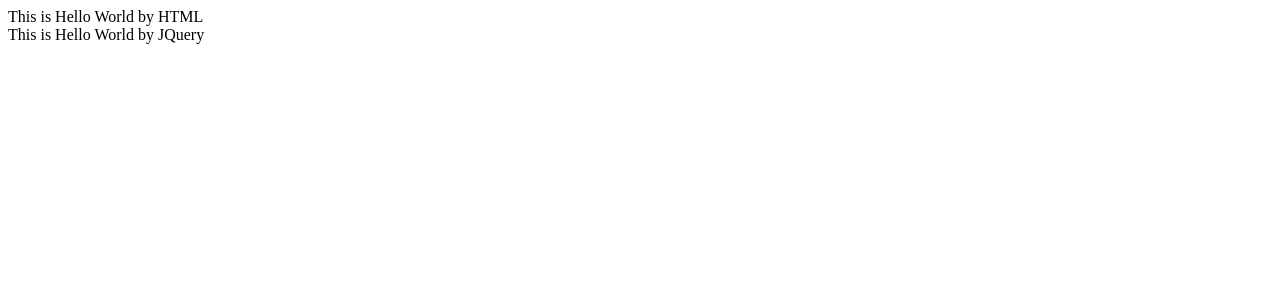
Repository: sudheerj/jQuery
Page: jQueryExamples/chapter01/HelloWorld.html
These files come from the project's save history. The page is drawn as it stood at one moment and after the next save; the edit follows.
The browser window is 1280 px wide. The pictures show the whole page.

Above is the page before, as saved 2016-10-20 02:42:17.

### jQueryExamples/chapter01/HelloWorld.html
<!DOCTYPE html>
<html>
<head>
<title>jQuery Hello World</title>

<script type="text/javascript" src="jquery-3.1.1.min.js"></script>
<!--<script src="https://ajax.googleapis.com/ajax/libs/jquery/1.12.4/jquery.min.js"></script>-->
<!--<script src="https://ajax.aspnetcdn.com/ajax/jQuery/jquery-1.12.4.min.js"></script>-->

</head>

<body>

<script type="text/javascript">

$(document).ready(function(){
 $("#msgid").html("This is Hello World by JQuery");
});

</script>

This is Hello World by HTML

<div id="msgid">
</div>
<div id="msgid2">
</div>
<div id="msgid3">
</div>

</body>
</html>

Loaded but not shown: jQueryExamples/chapter01/jquery-3.1.1.min.js (library)

After the next save:
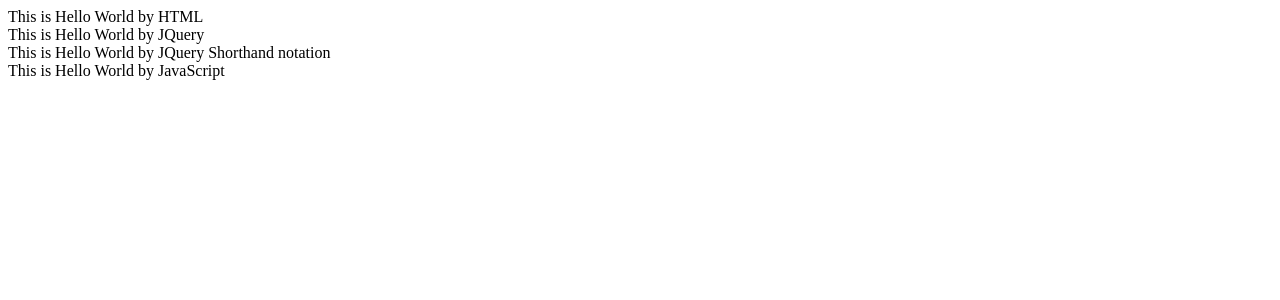
Saved 50 s later.
--- a/jQueryExamples/chapter01/HelloWorld.html
+++ b/jQueryExamples/chapter01/HelloWorld.html
@@ -17,6 +17,14 @@ $(document).ready(function(){
  $("#msgid").html("This is Hello World by JQuery");
 });
 
+$(function(){
+ $("#msgid2").html("This is Hello World by JQuery Shorthand notation<BR>");
+});
+
+window.onload = function(){
+ document.getElementById('msgid3').innerHTML = "This is Hello World by JavaScript";
+}
+
 </script>
 
 This is Hello World by HTML
